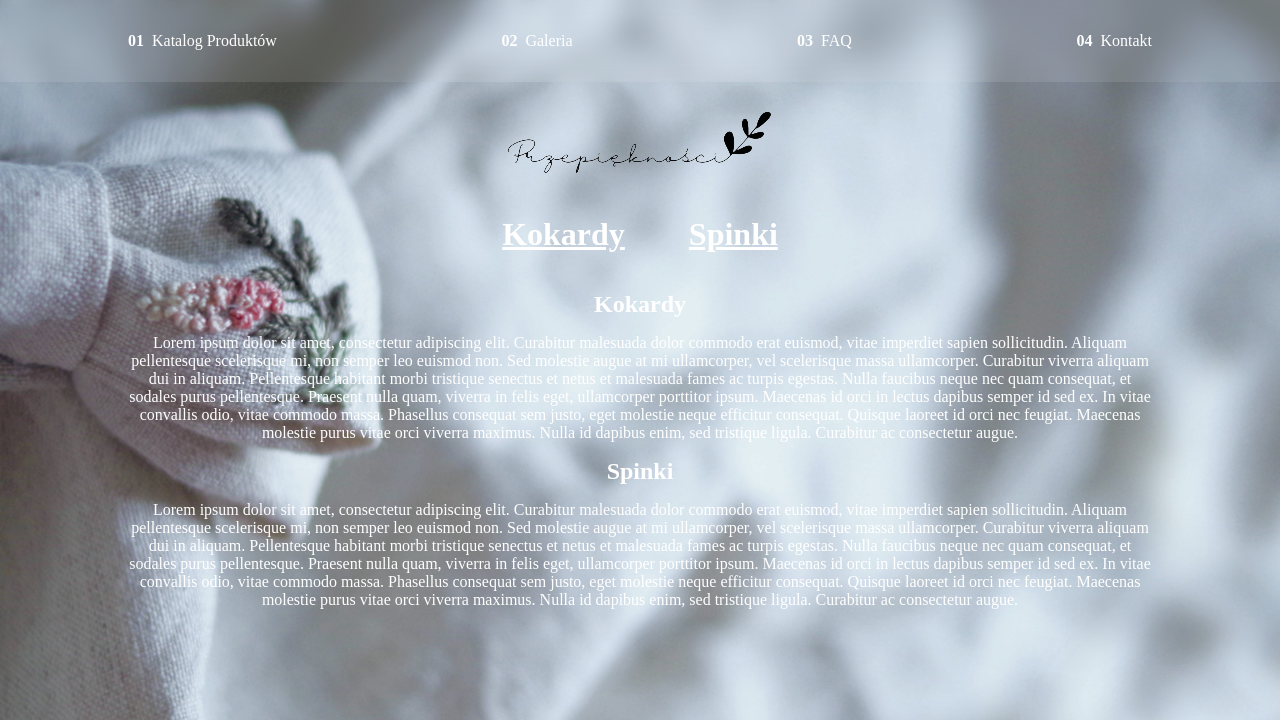
Repository: kowalkos/Rak_projekt
Page: /produkty
An editor plug-in stored every save of this project. The page is shown before and after the next save, followed by the edit.
The browser window is 1280 px wide. The pictures show the whole page.
The project was rebuilt for these pictures with package versions that can differ from the ones it lists, and the page was loaded fresh each time. Also part of the build but not shown: src/components/galeria/Galeria.js, src/components/main/Main.js, src/components/FAQ/Faq.js, src/components/about/About.js, src/components/footer/footer.css, src/components/footer/footer.js.

Above is the page before, as saved 2022-01-04 21:26:14.

After the next save:
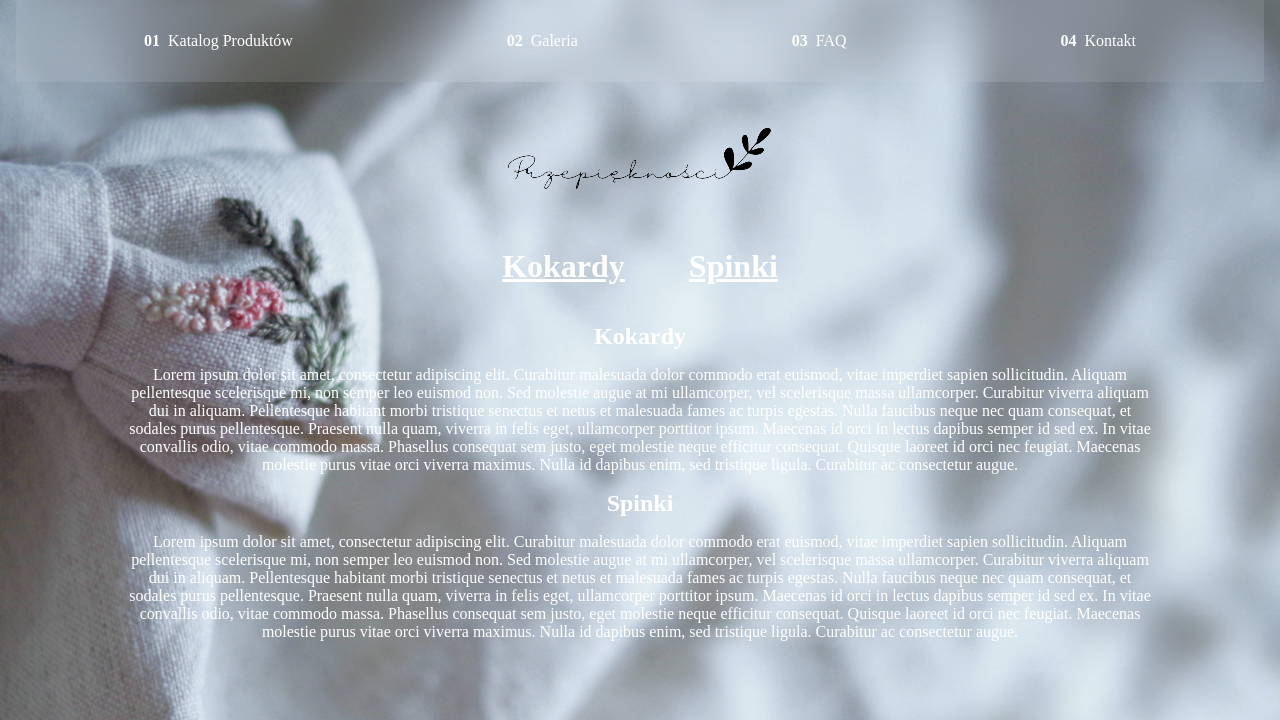
Saved 68 s later.
--- a/src/components/navbar/NavBar.css
+++ b/src/components/navbar/NavBar.css
@@ -9,7 +9,7 @@
 
 }
 .logo{
-    margin:0 1rem;
+    margin:1rem;
 }
 .mobile-nav-toggle {
     display: none;
@@ -17,10 +17,10 @@
 
 .primary-navigation {
     list-style: none;
-    margin: 0 0rem;
+    margin: 0 1rem;
     background: hsl(0 0% 0% /0.75);
-    justify-content: space-between;
 }
+
 
 .primary-navigation a {
     text-decoration: none;
@@ -35,8 +35,7 @@
 @supports(backdrop-filter: blur(1rem)) {
     .primary-navigation {
         background: hsl(0 0% 100% /0.1);
-        backdrop-filter: blur(0.5rem);
-
+        backdrop-filter: blur(1rem);
     }
 }
 
@@ -91,6 +90,7 @@
 
 .primary-navigation{
     --gap:2rem;
+    justify-content: space-between;
     padding-block: 2rem;
     padding-inline:clamp(3rem,10vw,10rem);
 }
